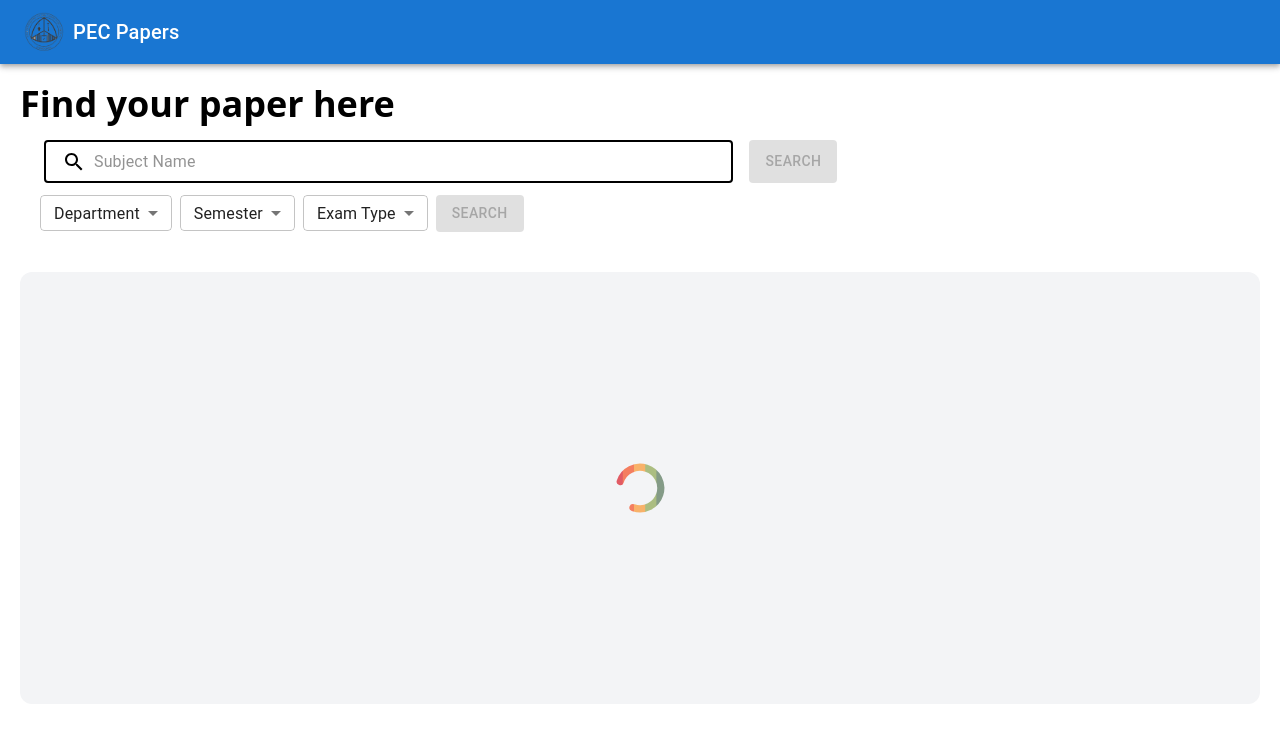
Repository: SUGAM-ARORA/pecpapers
Page: /browse (app in frontend/)
These files come from the project's save history. The page is drawn as it stood at one moment and after the next save; the edit follows.
The browser window is 1280 px wide. The pictures show the whole page.
The page's requests for data from a server got no answer. The project was rebuilt for these pictures with package versions that can differ from the ones it lists, and the page was loaded fresh each time. Some packages were replaced by stand-ins written for this rebuild. No one was signed in, and anything a server would have sent is missing. Also part of the build but not shown: frontend/vite.config.js, frontend/src/Components/AnimatedText.jsx, frontend/src/Components/Hero.jsx, frontend/src/Components/Footer.jsx, frontend/src/Components/Login.jsx, frontend/src/Components/PaperDisplay.jsx, frontend/src/Components/ProtectedRoute.jsx.

Above is the page before, as saved 2025-07-17 19:21:34.

### frontend/index.html
<!doctype html>
<html lang="en">
  <head>
    <meta charset="UTF-8" />
    <link rel="icon" type="image/svg+xml" href="/index.png" />
    <link rel="preconnect" href="https://fonts.googleapis.com" />
    <link rel="preconnect" href="https://fonts.gstatic.com" crossorigin />
    <link
      href="https://fonts.googleapis.com/css2?family=IBM+Plex+Serif:ital,wght@0,100;0,200;0,300;0,400;0,500;0,600;0,700;1,100;1,200;1,300;1,400;1,500;1,600;1,700&display=swap"
      rel="stylesheet"
    />
    <meta name="viewport" content="width=device-width, initial-scale=1.0" />
    <title>Pec Papers</title>

    <meta name="description" content="Download and Upload PEC previous year papers for all departments. Filter by subject, semester, and exam type. Get easy access to Punjab Engineering College exam archives.">
    <meta property="og:url" content="https://pecpapers-ufo6.vercel.app/">
    <meta property="og:title" content="Punjab Engineering College(PEC) Exam Papers Archive" />

    <meta name="google-adsense-account" content="ca-pub-1903859543209030">
  </head>
  <!-- Google tag (gtag.js) -->
  <script
    async
    src="https://www.googletagmanager.com/gtag/js?id=G-3FZX3TV10G"
  ></script>
  <script>
    window.dataLayer = window.dataLayer || [];
    function gtag() {
      dataLayer.push(arguments);
    }
    gtag("js", new Date());

    gtag("config", "G-3FZX3TV10G");
  </script>
  <body>
    <div id="root"></div>
    <script type="module" src="/src/main.jsx"></script>
  </body>
</html>

### frontend/src/main.jsx
import { StrictMode } from 'react'
import { createRoot } from 'react-dom/client'
import './index.css'
import App from './App.jsx'
import {createBrowserRouter, Navigate, RouterProvider, useNavigate} from 'react-router-dom'
import Login from './Components/Login.jsx'
import { ClerkProvider } from '@clerk/clerk-react'
import Browse from './Pages/Browse.jsx'
import Hero from './Components/Hero.jsx'
import { AppProvider } from './context/AppContext.jsx'
import ProtectedRoute from './Components/ProtectedRoute.jsx'

const router = createBrowserRouter([
  {
    path : '/',
    element : <App/>,
    children: [{
      path : '/browse',
      element: <Browse/>
    },
    {
      // path : '/',
      index:true,
      element : <Hero/>
    }
  ]
  },
  {
    path: '/login',
    element : <Login/>
  },
  {
    path: '/sso-callback',
    element: <Navigate to="/" replace />
  }
])

const PUBLISHABLE_KEY = import.meta.env.VITE_CLERK_PUBLISHABLE_KEY

if (!PUBLISHABLE_KEY) {
  throw new Error('Missing Publishable Key')
}

createRoot(document.getElementById('root')).render(
  <StrictMode>
    <AppProvider>
    <ClerkProvider publishableKey={PUBLISHABLE_KEY} frontendApt="https://sweeping-bobcat-34.clerk.accounts.dev" >
    <RouterProvider router={router}/>
    </ClerkProvider>
    </AppProvider>
  </StrictMode>,
)

### frontend/src/App.jsx
import React, { useEffect } from 'react'
import Navbar from './Components/Navbar'
import Hero from './Components/Hero'
import FormDialog from './Components/FormDialog';
import { Outlet, useNavigate } from 'react-router-dom';
import { useUser } from '@clerk/clerk-react';
import Footer from './Components/Footer';

const App = () => {

  // const {user,isLoaded,isSignedIn} = useUser()
  // const navigate = useNavigate();
  // console.log(user)

  // useEffect(()=>{
  //   if(isLoaded && !isSignedIn){
  //     navigate('/login')
  //   }
  // },[isLoaded,isSignedIn])

  return (

    <div className='flex flex-col'>
      <div>
        <Navbar />
      </div>
      <Outlet />
      <div className='flex flex-col items-center mt-5'>
        <FormDialog />
      </div>
      <div>
        {/* <Footer/> */}
      </div>
    </div>
  )
}

export default App

### frontend/src/Pages/Browse.jsx
import React, { useEffect, useState } from 'react'
import SearchIcon from '@mui/icons-material/Search';
import { styled, alpha } from '@mui/material/styles';
import InputBase from '@mui/material/InputBase';
import { Button, FormControl, Select, MenuItem } from '@mui/material';
import { departments, examType } from '../utils/constants';
import axios from 'axios';
import PaperDisplay from '../Components/PaperDisplay';
import { useUser } from '@clerk/clerk-react';
import {ColorRing} from 'react-loader-spinner'

const Search = styled('div')(({ theme }) => ({
  position: 'relative',
  borderRadius: theme.shape.borderRadius,
  backgroundColor: alpha(theme.palette.common.white, 0.15),
  '&:hover': {
    backgroundColor: alpha(theme.palette.common.white, 0.25),
  },
  marginRight: theme.spacing(2),
  marginLeft: 0,
  width: '100%',
  [theme.breakpoints.up('sm')]: {
    marginLeft: theme.spacing(3),
    width: 'auto',
  },
  border: 5,
  borderColor: 'black'
}));

const SearchIconWrapper = styled('div')(({ theme }) => ({
  padding: theme.spacing(0, 2),
  height: '100%',
  position: 'absolute',
  pointerEvents: 'none',
  display: 'flex',
  alignItems: 'center',
  justifyContent: 'center',
  border: 5,
  borderColor: 'black'
}));

const StyledInputBase = styled(InputBase)(({ theme }) => ({
  color: 'inherit',
  '& .MuiInputBase-input': {
    padding: theme.spacing(1, 1, 1, 0),
    // vertical padding + font size from searchIcon
    paddingLeft: `calc(1em + ${theme.spacing(4)})`,
    transition: theme.transitions.create('width'),
    width: '100%',
    [theme.breakpoints.up('md')]: {
      width: '70ch',
    },
    border: 5,
    borderColor: 'black'
  },
}));

const Browse = () => {

  const { isSignedIn } = useUser()
  const [loading, setLoading] = useState(false)

  const [searchValue, setSearchValue] = useState('');
  const semesters = [1, 2, 3, 4, 5, 6, 7, 8]
  const [department, setDepartment] = React.useState('')
  const [exam, setExam] = React.useState('')
  const [sem, setSem] = React.useState('')

  const [papersToDisplay, setPapersToDisplay] = useState(null);
  const [papersFetched, setPapersFetched] = useState(null);

  const BACKEND_URL = import.meta.env.VITE_BACKEND_URL

  const getAllPapers = async () => {
    setLoading(true)
    const response = await axios.get(`${BACKEND_URL}/getallpapers/`)
    setPapersFetched(response.data);
    // console.log(response.data)
    setLoading(false)
    return { data: response.data }
  }

  const getConnectionStatus = async ()=>{
    setLoading(true)
    const response = await axios.get(`${BACKEND_URL}/healthz/`)
    setLoading(false)
    console.log(response.data)
    return response.data;
  }

  const getFilteredPapers = async ()=>{
    try {
      setLoading(true)
      const response = await axios.get(`${BACKEND_URL}/papersOnFilterOrSearch?subjectName=${searchValue}&semester=${sem}&department=${department}&examType=${exam}`)
      console.log(response.data)
      setPapersFetched(response.data.data)
      setPapersToDisplay(response.data.data)
      setLoading(false)
    } catch (error) {
      setLoading(false)
      console.log(error)
    }
  }

  useEffect(() => {

    try {
      // if(isSignedIn){
      //   getAllPapers()
      // }
      // getAllPapers()
      getConnectionStatus()
    } catch (error) {
      console.log(error)
    }
  }, [BACKEND_URL, isSignedIn])

  const handleSearch = async () => {
    if (!papersFetched) {
      //api calling


    } else {
      // actions on papersfetched
      setLoading(true)
      const filter = papersFetched.filter(paper =>
        paper.subjectName.toLowerCase().includes(searchValue.toLowerCase()) ||
        paper.department.toLowerCase().includes(searchValue.toLowerCase()) ||
        paper.examType.toLowerCase().includes(searchValue.toLowerCase()) ||
        paper.semester.toLowerCase().includes(searchValue.toLowerCase())
      )
      setPapersToDisplay(filter)
      setLoading(false)
      // console.log(filter)
      return;
    }

  }

  const handleFilter = async () => {
    if (!papersFetched) {
      //api calling
    } else {
      // actions on papers fetched

      setLoading(true)
      const filter = papersFetched.filter(paper =>
        paper.department.toLowerCase().includes(department.toLowerCase()) &&
        paper.examType.toLowerCase().includes(exam.toLowerCase()) &&
        paper.semester.includes(sem)
      )
      setPapersToDisplay(filter)
      setLoading(false)
      // console.log(filter)
      return
    }
  }

  return (
    <div className='flex flex-col m-5'>
      <span className='text-4xl font-semibold'>Find your paper here</span>

      <div id='search' className='flex flex-row mt-4 '>
        <Search sx={{
          border: 2,
          borderColor: 'black',
        }}
        >
          <SearchIconWrapper>
            <SearchIcon />
          </SearchIconWrapper>
          <StyledInputBase
            placeholder="Subject Name"
            inputProps={{ 'aria-label': 'search' }}
            value={searchValue}
            onChange={(e) => setSearchValue(e.target.value)}
          />
        </Search>
        <Button variant='contained' onClick={getFilteredPapers} disabled={loading}>Search</Button>
      </div>

      <form id='filters' className=' mt-3 flex flex-row gap-2 ml-5' onSubmit={handleFilter}>
        <FormControl>
          <Select
            labelId="department"
            aria-placeholder='Department'
            id="department"
            value={department}
            onChange={(e) => setDepartment(e.target.value)}
            sx={{
              width: 'vh',
              height: '5vh',
              overflow: 'scroll'
            }}
            placeholder='Department'
            displayEmpty
          >
            <MenuItem value="" disabled>
              Department
            </MenuItem>
            {departments.map((department) => <MenuItem value={department.dept}>{department.dept}</MenuItem>)}
          </Select>
        </FormControl>

        <FormControl>
          <Select
            labelId="semester"
            aria-placeholder='Semester'
            id="semester"
            value={sem}
            onChange={(e) => setSem(e.target.value)}
            sx={{
              width: 'vh',
              height: '5vh',
              overflow: 'scroll'
            }}
            placeholder='Semester'
            displayEmpty
          >
            <MenuItem value="" disabled>
              Semester
            </MenuItem>
            {semesters.map((semester) => <MenuItem value={semester}>{semester}</MenuItem>)}
          </Select>

        </FormControl>

        <FormControl>
          <Select
            labelId="examType"
            aria-placeholder='Exam-Type'
            id="examType"
            value={exam}
            onChange={(e) => setExam(e.target.value)}
            sx={{
              width: 'vh',
              height: '5vh',
              overflow: 'scroll'
            }}
            placeholder='Exam Type'
            displayEmpty
          >
            <MenuItem value="" disabled>
              Exam Type
            </MenuItem>
            {examType.map((exam,index) => <MenuItem value={exam.type} key={index}>{exam.type}</MenuItem>)}
          </Select>
        </FormControl>

        <Button variant='contained' onClick={getFilteredPapers} disabled={loading}>Search</Button>
      </form>


      <div className='mt-10 rounded-xl p-2 bg-gray-100 h-[60vh] overflow-scroll'>
        {loading ?  <div className='h-full flex flex-col justify-center items-center'>
          <ColorRing
          visible={true}
          width="100"
          colors={['#e15b64', '#f47e60', '#f8b26a', '#abbd81', '#849b87']}
          ariaLabel="infinity-spin-loading"/>
        </div> : <></>}
        <div className={`${loading ? 'hidden' : ''}`}>
          {papersToDisplay ? <div className='flex flex-col gap-2'>
            {papersToDisplay.map((paper) => <PaperDisplay paper={paper} key={paper.id} />)}
          </div> : <span className='text-gray-400 text-5xl'>Papers displayed here</span>}
        </div>

      </div>
      <div className='bg-black w-full'>

      </div>
    </div>
  )
}

export default Browse

### frontend/src/context/AppContext.jsx
import { createContext, useState } from "react";

export const AppContext = createContext();

export const AppProvider = ({ children }) => {
  const [open, setOpen] = useState(false); // Example: global user state

  return (
    <AppContext.Provider value={{ open, setOpen }}>
      {children}
    </AppContext.Provider>
  );
};

### frontend/src/Components/Navbar.jsx
import * as React from 'react';
import AppBar from '@mui/material/AppBar';
import Box from '@mui/material/Box';
import Toolbar from '@mui/material/Toolbar';
import IconButton from '@mui/material/IconButton';
import Typography from '@mui/material/Typography';
import InputBase from '@mui/material/InputBase';
import Badge from '@mui/material/Badge';
import MenuItem from '@mui/material/MenuItem';
import Menu from '@mui/material/Menu';
import AccountCircle from '@mui/icons-material/AccountCircle';
import MailIcon from '@mui/icons-material/Mail';
import NotificationsIcon from '@mui/icons-material/Notifications';
import MoreIcon from '@mui/icons-material/MoreVert';
import logo from '../assets/image.png'
import { UserButton } from '@clerk/clerk-react';
import { useNavigate } from 'react-router-dom';


export default function Navbar() {
  // const [anchorEl, setAnchorEl] = React.useState(null)
  // const [mobileMoreAnchorEl, setMobileMoreAnchorEl] = React.useState(null)
  const navigate = useNavigate();


  const handleHomepageNavigation = async ()=>{
    navigate('/')
  }


  return (
    <Box sx={{ flexGrow: 1 }}>
      <AppBar position="static">
        <Toolbar>
          <img src={logo} alt='pec logo' className='h-10 w-10' onClick={handleHomepageNavigation}/>
          <Typography
            variant="h6"
            noWrap
            component="div"
            sx={{ display: { xs: 'none', sm: 'block',marginLeft:'9px' } }}
            onClick={handleHomepageNavigation}
          >
            PEC Papers
          </Typography>

          <Box sx={{ flexGrow: 1 }} />
          <Box sx={{ display: { xs: 'none', md: 'flex' } }}>

            <UserButton/>
          </Box>
          <Box sx={{ display: { xs: 'flex', md: 'none' } }}>

             <UserButton/>

          </Box>
        </Toolbar>
      </AppBar>

    </Box>
  );
}

### frontend/src/Components/FormDialog.jsx
import * as React from 'react';
import Button from '@mui/material/Button';
import TextField from '@mui/material/TextField';
import Dialog from '@mui/material/Dialog';
import DialogActions from '@mui/material/DialogActions';
import { FormControl, Typography, InputLabel, Select, MenuItem } from '@mui/material';
import { departments, examType } from '../utils/constants';
import axios from 'axios'
import { InfinitySpin } from 'react-loader-spinner'
import { AppContext } from '../context/AppContext';
import Toast from './Toast';

export default function FormDialog() {
  const { open, setOpen } = React.useContext(AppContext)
  const [loading, setLoading] = React.useState(false)
  const [files, setFiles] = React.useState('')

  const semesters = [1, 2, 3, 4, 5, 6, 7, 8]

  const [department, setDepartment] = React.useState('')
  const [exam, setExam] = React.useState('')
  const [sem, setSem] = React.useState('')

  const CLOUDINARY_URL = import.meta.env.VITE_APP_CLOUDINARY_URL
  const UPLOAD_PRESET = import.meta.env.VITE_APP_UPLOAD_PRESET
  const CLOUD_NAME = import.meta.env.VITE_APP_CLOUD_NAME
  const BACKEND_URL = import.meta.env.VITE_BACKEND_URL

  const [opentoast, setOpenToast] = React.useState(false)

  const handleFileChange = (e) => {
    const filename = e.target.files;
    if (filename) {
      setFiles(filename)
    }
  }

  const uploadImages = async (files) => {
    const uploadPromises = Array.from(files).map(file => {
      const formData = new FormData();
      formData.append("file", file);
      formData.append("upload_preset", UPLOAD_PRESET);
      formData.append("cloud_name", CLOUD_NAME);
      return axios.post(CLOUDINARY_URL, formData);
    });

    try {
      const responses = await Promise.all(uploadPromises);
      const urlList = responses.map(res => res.data.secure_url);
      console.log(urlList.length + " images uploaded");
      return urlList;
    }
    catch (error) {
      console.error("Cloudinary image uploads failed:", error);
      throw error;
    }
  };

  const uploadPaperDetails = async(e, urlList) => {
    try {
      const paperDetails = {
        department: e.target[0].value,
        cloudUrl: urlList,
        examType: e.target[2].value,
        semester: e.target[4].value,
        subjectName: e.target[6].value,
        comments: e.target[9].value
      }

      const dataRes = await axios.post(`${BACKEND_URL}/upload-paper/`, { data: paperDetails })
      console.log("Paper details uploaded successfully");
    }
    catch (error) {
      console.error("Paper details upload failed", error);
    }
  }

  const handleSubmit = async (e) => {
    e.preventDefault();
    setLoading(true)

    const urlList = await uploadImages(files);
    await uploadPaperDetails(e, urlList);

    e.target.reset()
    setDepartment('')
    setExam('')
    setSem('')
    setLoading(false)
    setOpen(false)
    setOpenToast(true)
  }

  const handleClose = () => {
    setOpen(false);
  };

  const handleUpload = async () => {

  }

  return (
    <>
      <Dialog
        open={open}
        onClose={handleClose}
      >
        <form className='flex flex-col gap-5 m-5 ' onSubmit={handleSubmit}>
          <FormControl>
            <Typography fontSize={25} >Upload a Paper</Typography>
            <div >
              <Typography>Department</Typography>
              <Select
                required="true"
                labelId="department"
                aria-placeholder='Department'
                id="department"
                value={department}
                onChange={(e) => setDepartment(e.target.value)}
                sx={{
                  width: '50vh',
                  height: '5vh',
                  overflow: 'scroll'
                }}
              >
                {departments.map((department) => <MenuItem value={department.dept}>{department.dept}</MenuItem>)}
              </Select>
            </div>
          </FormControl>

          <FormControl>
            <div>
              <Typography>Exam Type</Typography>
              <Select
                required="true"
                labelId="Exam-type"
                aria-placeholder='Exam Type'
                id="exam-type"
                sx={{
                  width: '50vh',
                  height: '5vh',
                  overflow: 'scroll'
                }}
                value={exam}
                onChange={(e) => setExam(e.target.value)}
              >
                {examType.map((type) => <MenuItem value={type.type}>{type.type}</MenuItem>)}
              </Select>
            </div>
          </FormControl>

          <FormControl>
            <div>
              <Typography>Semester</Typography>
              <Select
                required="true"
                labelId="Semester"
                aria-placeholder='Semester'
                id="exam-type"
                sx={{
                  width: '50vh',
                  height: '5vh',
                  overflow: 'scroll'
                }}
                value={sem}
                onChange={(e) => setSem(e.target.value)}
              >
                {semesters.map((sem) => <MenuItem value={sem}>{sem}</MenuItem>)}
              </Select>
            </div>
          </FormControl>

          <FormControl>
            <div>
              <Typography>Subject Name</Typography>
              <TextField
                sx={{ width: '50vh', height: '5vh' }}
                required="true"
              >
              </TextField>
            </div>
          </FormControl>

          <FormControl>
            <div>
              <Typography>Upload Paper <span className='text-xs'>(only img format e.g. jpg,png,jpeg etc.)</span></Typography>
              <input
                accept='image/*'
                id='upload-image'
                type='file'
                multiple='true'
                onChange={handleFileChange}
                required="true"
              />
            </div>
          </FormControl>
          <FormControl>
            <div>
              <Typography>Review or Comments</Typography>
              <TextField sx={{
                width: '50vh',
                height: '5vh'
              }}></TextField>
            </div>
          </FormControl>
          {loading && <InfinitySpin
            visible={true}
            width="100"
            color="#4fa94d"
            ariaLabel="infinity-spin-loading" />}

          <DialogActions>
            <Button onClick={handleClose}>Cancel</Button>
            <Button type="submit" variant='contained' onClick={handleUpload}>Upload</Button>
          </DialogActions>
        </form>
      </Dialog>
      <Toast opentoast={opentoast} setOpenToast={setOpenToast} message="Paper Upload" />
    </>
  );
}

### frontend/src/utils/constants.js
export const departments = [
    // ece:
    {
        'dept' : 'ECE'
    },
    // cse:
    {
        'dept' : 'CSE'
    },
    // ee:
    {
        'dept': 'EE'
    },
    // ds:
    {
        'dept' : 'CSE-DS'
    },
    // ai:
    {
        'dept' : 'CSE-AI'
    },
    // mech:
    {
        'dept' : 'MECH'
    },
    // civil:
    {
        'dept' : 'CIVIL'
    },
    // aero:
    {
        'dept': 'AERO'
    },
    // meta:
    {
        'dept' : 'META'
    },
    // prod:
    {
        'dept' : 'PROD'
    },
    // hsm:
    {
        'dept' : 'HSM'
    },
    // physics:
    {
        'dept' : 'PHYSICS'
    },
    // maths:
    {
        'dept' : "MATHS"
    },
    // chem:
    {
        'dept' : 'CHEMISTRY'
    },
    // bdes:
    {
        'dept' : 'B-DES'
    }
]

export const examType = [
    {
        'type' : 'MID-SEM'
    },
    {
        'type' : 'END-SEM'
    }
]

### frontend/src/Components/Toast.jsx
import * as React from 'react';
import Button from '@mui/material/Button';
import Snackbar from '@mui/material/Snackbar';
import IconButton from '@mui/material/IconButton';
import CloseIcon from '@mui/icons-material/Close';

export default function Toast({message,openToast,setOpenToast}) {
//   const [open, setOpen] = React.useState(false);



  const handleClose = (
    event,
    reason,
  ) => {
    if (reason === 'clickaway') {
      return;
    }

    setOpenToast(false);
  };

  const action = (
    <React.Fragment>
      <IconButton
        size="small"
        aria-label="close"
        color="inherit"
        onClick={handleClose}
      >
        <CloseIcon fontSize="small" />
      </IconButton>
    </React.Fragment>
  );

  return (
    <div>

      <Snackbar
        open={openToast}
        autoHideDuration={6000}
        onClose={handleClose}
        message={message}
        action={action}
      />
    </div>
  );
}

Loaded but not shown: frontend/src/index.css (common file); frontend/tailwind.config.js (common file)

After the next save:
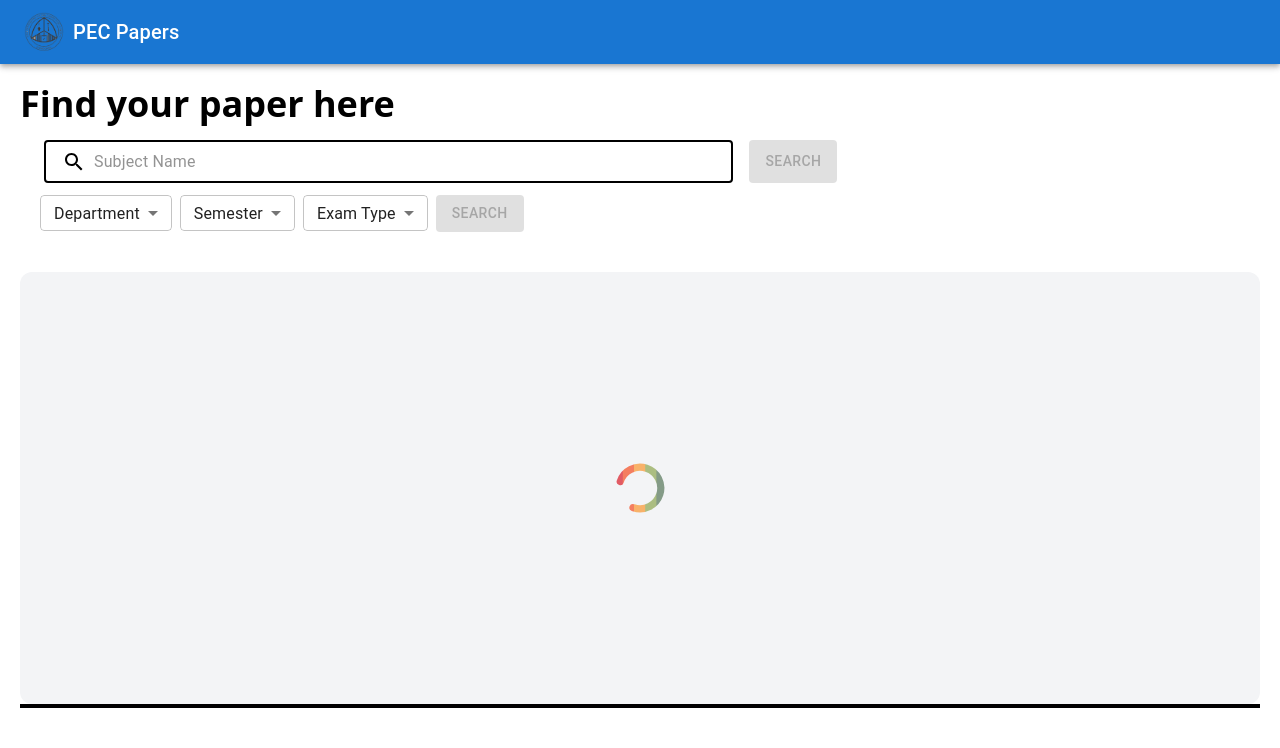
Saved 23 s later.
--- a/frontend/src/Pages/Browse.jsx
+++ b/frontend/src/Pages/Browse.jsx
@@ -266,7 +266,7 @@ const Browse = () => {
         </div>
 
       </div>
-      <div className='bg-black w-full'>
+      <div className='border-2 border-black w-full'>
 
       </div>
     </div>
